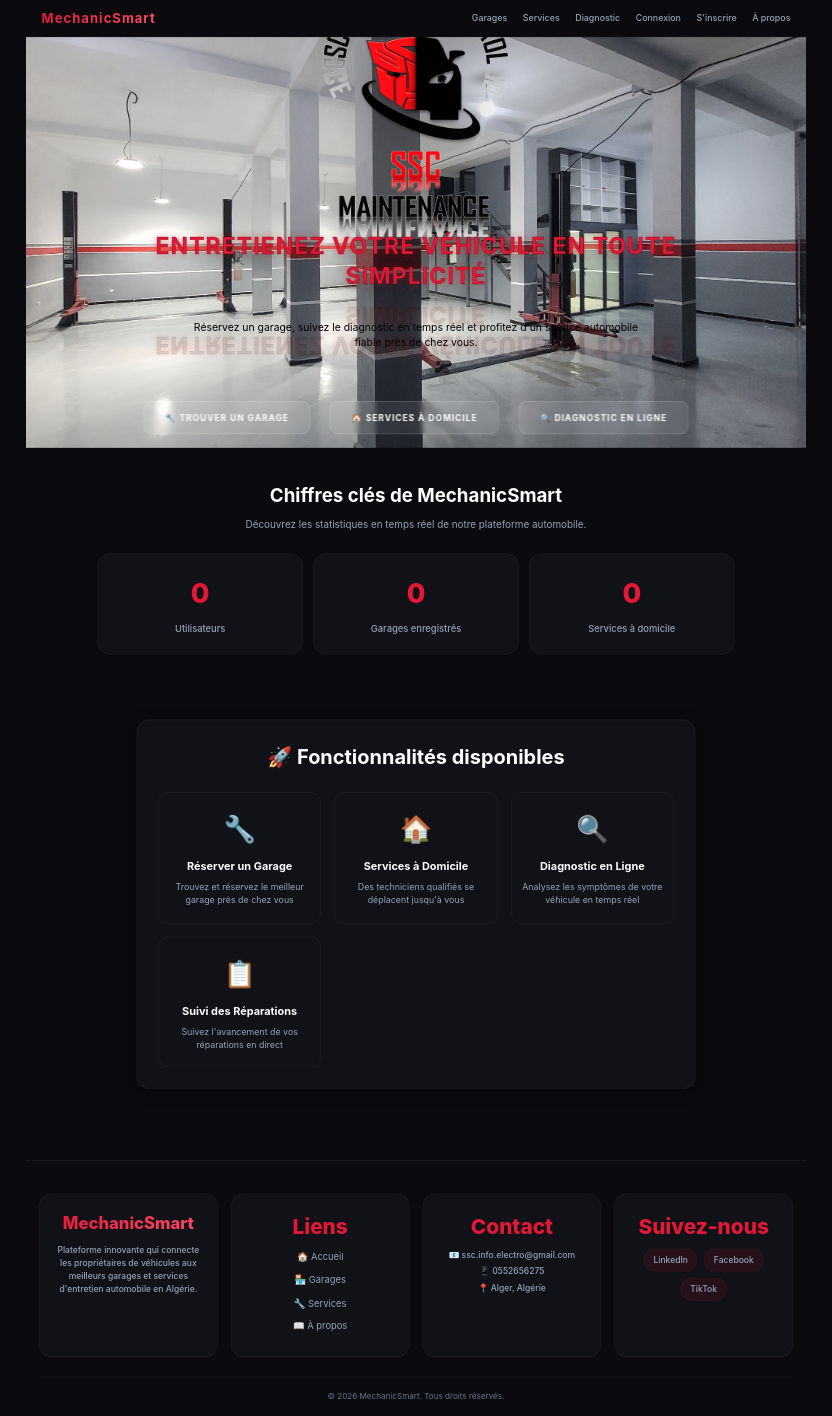
Repository: sscinfoelectro-oss/MPS-V-4
Page: / (app in frontend/)
An editor plug-in stored every save of this project. The page is shown before and after the next save, followed by the edit.
The browser window is 1280 px wide. The pictures show the whole page, at 65% of full size.
The page's requests for data from a server got no answer. The project was rebuilt for these pictures with package versions that can differ from the ones it lists, and the page was loaded fresh each time. No one was signed in, and anything a server would have sent is missing. Also part of the build but not shown: frontend/vite.config.js.

Above is the page before, as saved 2026-05-09 23:10:51.

### frontend/index.html
<!DOCTYPE html>
<html lang="en">
  <head>
    <meta charset="UTF-8" />
    <meta name="viewport" content="width=device-width, initial-scale=1.0" />
    <title>Mechanic Smart</title>
    <link rel="icon" type="image/x-icon" href="/src/assets/ssc.ico" />
  </head>
  <body>
    <div id="root"></div>
    <script type="module" src="/src/main.jsx"></script>
  </body>
</html>

### frontend/src/main.jsx
import React from 'react'
import ReactDOM from 'react-dom/client'
import { BrowserRouter } from 'react-router-dom'
import App from './App'
import './styles.css'

ReactDOM.createRoot(document.getElementById('root')).render(
  <React.StrictMode>
    <BrowserRouter>
      <App />
    </BrowserRouter>
  </React.StrictMode>
)

### frontend/src/components/Footer.jsx
import { Link } from 'react-router-dom';

const footerStyle = {
  backgroundColor: '#0a0a0f',
  color: '#94a3b8',
  padding: '50px 20px 20px',
  marginTop: '60px',
  borderTop: '1px solid rgba(255,255,255,0.06)'
};

const containerStyle = {
  maxWidth: '1200px',
  margin: '0 auto',
  display: 'grid',
  gridTemplateColumns: 'repeat(auto-fit, minmax(220px, 1fr))',
  gap: '20px',
  marginBottom: '30px'
};

const cardStyle = {
  background: '#111118',
  padding: '24px 20px',
  borderRadius: '20px',
  border: '1px solid rgba(255,255,255,0.06)',
  textAlign: 'center',
  transition: 'transform 0.2s ease, border-color 0.2s ease'
};

const titleStyle = {
  fontSize: '2rem',
  fontWeight: 800,
  color: '#E31837',
  margin: '0 0 8px'
};

const subtitleStyle = {
  fontSize: '0.9rem',
  color: '#94a3b8',
  fontWeight: 500,
  margin: 0,
  lineHeight: 1.5
};

const linkItemStyle = {
  marginBottom: '10px'
};

const linkStyle = {
  color: '#94a3b8',
  textDecoration: 'none',
  fontSize: '0.9rem',
  transition: 'color 0.2s ease'
};

const socialTagStyle = {
  display: 'inline-block',
  background: 'rgba(227,24,55,0.1)',
  color: '#94a3b8',
  padding: '6px 14px',
  borderRadius: '20px',
  border: '1px solid rgba(227,24,55,0.15)',
  fontSize: '0.82rem',
  fontWeight: 500,
  textDecoration: 'none',
  transition: 'all 0.2s ease'
};

const Footer = () => {
  return (
    <footer style={footerStyle}>
      <div style={containerStyle}>

        {/* القسم 1: logo + description */}
        <div style={cardStyle}>
          <h3 style={{
            fontSize: '1.6rem',
            fontWeight: 800,
            color: '#E31837',
            margin: '0 0 12px',
            background: 'linear-gradient(135deg, #E31837, #ff4d6a)',
            WebkitBackgroundClip: 'text',
            WebkitTextFillColor: 'transparent',
            backgroundClip: 'text'
          }}>
            MechanicSmart
          </h3>
          <p style={{...subtitleStyle, fontSize: '0.82rem'}}>
            Plateforme innovante qui connecte les propriétaires de véhicules
            aux meilleurs garages et services d'entretien automobile en Algérie.
          </p>
        </div>

        {/* القسم 2: liens rapides */}
        <div style={cardStyle}>
          <h4 style={titleStyle}>Liens</h4>
          <ul style={{ listStyle: 'none', padding: 0, margin: 0 }}>
            <li style={linkItemStyle}><Link to="/" onClick={() => window.scrollTo(0, 0)} style={linkStyle}>🏠 Accueil</Link></li>
            <li style={linkItemStyle}><Link to="/garages" onClick={() => window.scrollTo(0, 0)} style={linkStyle}>🏪 Garages</Link></li>
            <li style={linkItemStyle}><Link to="/services" onClick={() => window.scrollTo(0, 0)} style={linkStyle}>🔧 Services</Link></li>
            <li style={linkItemStyle}><Link to="/about" onClick={() => window.scrollTo(0, 0)} style={linkStyle}>📖 À propos</Link></li>
          </ul>
        </div>

        {/* القسم 3: contact */}
        <div style={cardStyle}>
          <h4 style={titleStyle}>Contact</h4>
          <p style={{...subtitleStyle, fontSize: '0.82rem', marginBottom: '6px'}}>📧 ssc.info.electro@gmail.com</p>
          <p style={{...subtitleStyle, fontSize: '0.82rem', marginBottom: '6px'}}>📱 0552656275</p>
          <p style={{...subtitleStyle, fontSize: '0.82rem'}}>📍 Alger, Algérie</p>
        </div>

        {/* القسم 4: suivez-nous */}
        <div style={cardStyle}>
          <h4 style={titleStyle}>Suivez-nous</h4>
          <div style={{ display: 'flex', gap: '10px', justifyContent: 'center', flexWrap: 'wrap' }}>
            <a
              href="https://www.linkedin.com/in/ssc-m-aa721734b"
              target="_blank"
              rel="noopener noreferrer"
              style={socialTagStyle}
            >
              LinkedIn
            </a>
            <a
              href="https://www.facebook.com/profile.php?id=100088798015485"
              target="_blank"
              rel="noopener noreferrer"
              style={socialTagStyle}
            >
              Facebook
            </a>
            <a
              href="https://www.tiktok.com/@sscmaintenenceinfoelectr"
              target="_blank"
              rel="noopener noreferrer"
              style={socialTagStyle}
            >
              TikTok
            </a>
          </div>
        </div>
      </div>

      {/* copyright */}
      <div style={{
        textAlign: 'center',
        paddingTop: '20px',
        borderTop: '1px solid rgba(255,255,255,0.06)',
        fontSize: '0.78rem',
        color: '#64748b'
      }}>
        © {new Date().getFullYear()} MechanicSmart. Tous droits réservés.
      </div>
    </footer>
  );
};

export default Footer;

Loaded but not shown: frontend/src/App.jsx (2482 lines, source omitted); frontend/src/styles.css (1034 lines, source omitted)

After the next save:
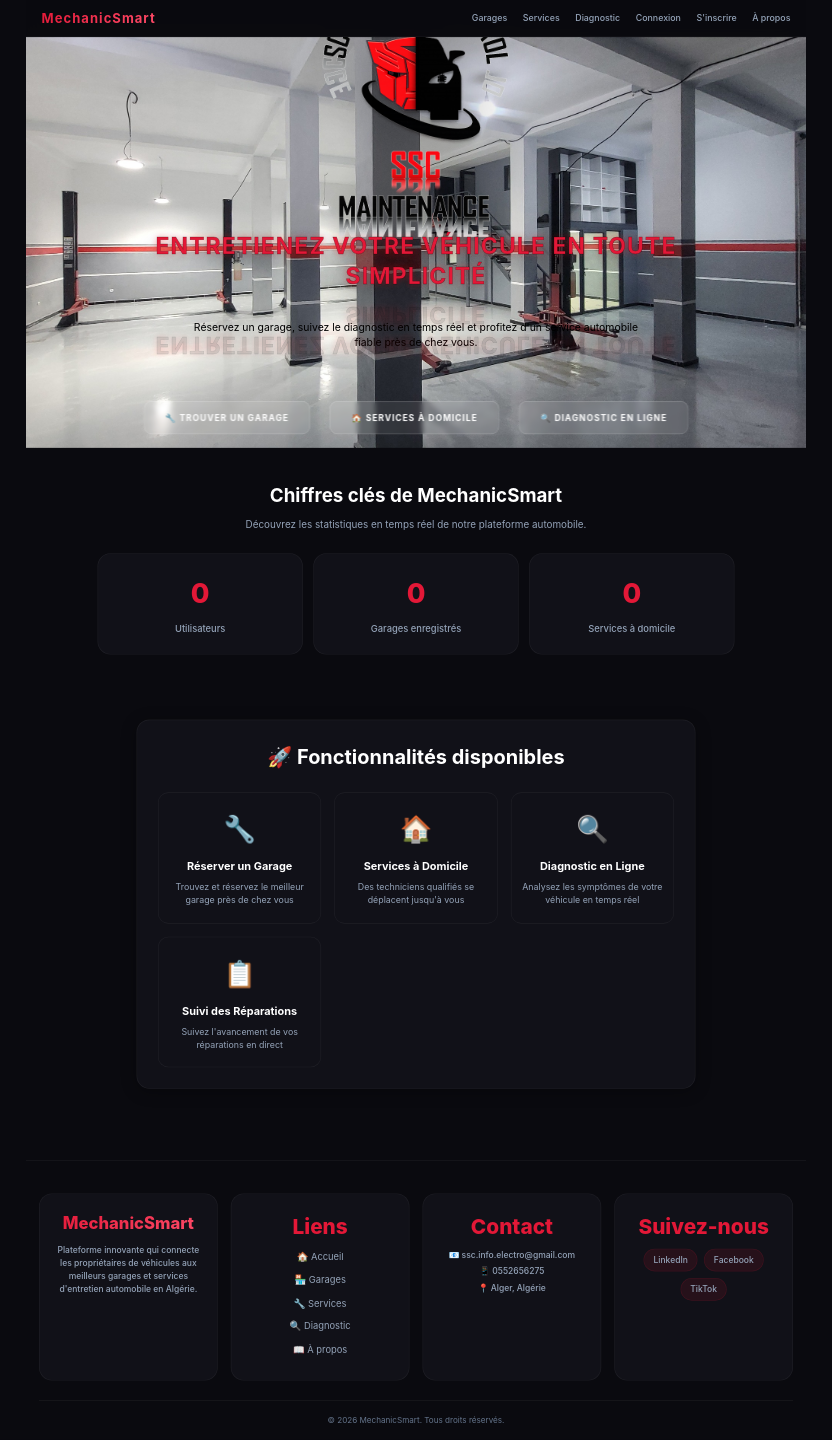
Saved 4 min 2 s later.
--- a/frontend/src/components/Footer.jsx
+++ b/frontend/src/components/Footer.jsx
@@ -97,6 +97,7 @@
             <li style={linkItemStyle}><Link to="/" onClick={() => window.scrollTo(0, 0)} style={linkStyle}>🏠 Accueil</Link></li>
             <li style={linkItemStyle}><Link to="/garages" onClick={() => window.scrollTo(0, 0)} style={linkStyle}>🏪 Garages</Link></li>
             <li style={linkItemStyle}><Link to="/services" onClick={() => window.scrollTo(0, 0)} style={linkStyle}>🔧 Services</Link></li>
+            <li style={linkItemStyle}><Link to="/diagnostic" onClick={() => window.scrollTo(0, 0)} style={linkStyle}>🔍 Diagnostic</Link></li>
             <li style={linkItemStyle}><Link to="/about" onClick={() => window.scrollTo(0, 0)} style={linkStyle}>📖 À propos</Link></li>
           </ul>
         </div>
